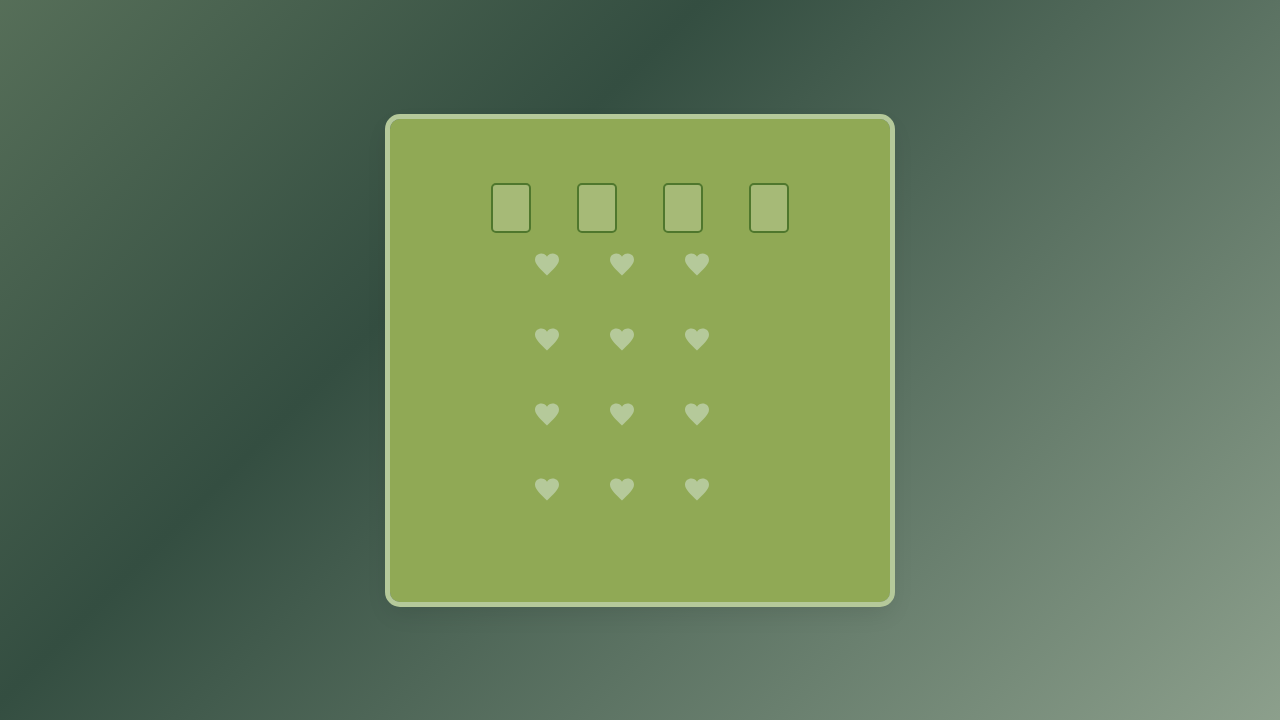
Repository: jahatesu/project-cutie
Page: index.html
An editor plug-in stored every save of this project. The page is shown before and after the next save, followed by the edit.
The browser window is 1280 px wide. The pictures show the whole page.
Some web libraries are served in a nearby version.

Above is the page before, as saved 2025-08-14 21:09:56.
Console error: TypeError: Cannot read properties of null (reading 'getBoundingClientRect')

### index.html
<!DOCTYPE html>
<html lang="en">
<head>
    <meta charset="UTF-8"
    meta http-equiv="X-UA-Compatible" content="IE=edge">
    <meta name="viewport" content="width=device-width, initial-scale=1.0">
    <title>idk yet</title>
    <link rel="stylesheet" href="https://cdnjs.cloudflare.com/ajax/libs/font-awesome/7.0.0/css/all.min.css">
    <link rel="stylesheet" href="style.css">
</head>

<body>
    <div class="wrapper">
        <!-- <i class="fa-solid fa-heart"></i>
        <h2 class="question">Do you wanna see why I think you’re the cutest?</h2>
        <div class="btn-group">
            <button class="btn-yes">Yes</button>
            <button class="btn-no">No</button>
        </div> -->

        <!-- PIN DISPLAY -->
         <div class="pin-display">
            <div class="pin-box"></div>
            <div class="pin-box"></div>
            <div class="pin-box"></div>
            <div class="pin-box"></div>
         </div>

         <!-- HEART BUTTONS -->
         <div class="heart-pad">
            <button data-num = "1">1</button>
          <button data-num = "2">2</button>
          <button data-num = "3">3</button>
          <button data-num = "4">4</button>
          <button data-num = "5">5</button>
          <button data-num = "6">6</button>
          <button data-num = "7">7</button>
          <button data-num = "8">8</button>
          <button data-num = "9">9</button>
          <button data-num = "*">*</button>
          <button data-num = "0">0</button>
          <button data-num = "#">#</button>
         </div>
    </div>

    <script src="script.js"></script>


</body>
</html>

### style.css
:root{
    --bg1:#e9f5db;
    --bg2:#90a955;
    --accent:#b5c99a;
    --ink:#232323;
    --splash-duration: 2600ms;
  }

*{
    margin: 0;
    padding: 0;
    box-sizing: border-box;
}

html, body {
    display: flex;
    justify-content: center;
    align-items: center;
    min-height: 100vh;
  width: 100%;
  height:100%;
}

body {
    background: linear-gradient(-45deg, #e9f5db, #344e41, #b5c99a, #23d5ab);
    background-size: 400% 400%;
    animation: gradient 15s ease infinite;
}

@keyframes gradient {
    0% {
        background-position: 0% 50%;
    }
    50% {
        background-position: 100% 50%;
    }
    100% {
        background-position: 0% 50%;
    }
}
.wrapper{
    position: relative;
    width: 90%;
    padding: 5%;
    max-width: 500px;
    margin: 50px 50px;
    height: fit-content;
    /* max-height: 50%; */
    background: #90a955;
    border-radius: 10px;
    display: flex;
    justify-content: center;
    align-items: center;
    box-shadow: 0 10px 25px rgba(0,0,0,0.1);
    flex-direction: column;
    text-align: center;
    outline: 5px solid #b5c99a;
}

.pin-display{
  display: flex;
  justify-content: space-between;
  margin-bottom: 20px;
  width: 80%;
}

.pin-box{
  width: clamp(30px, 9vw, 40px);
  height: clamp(30px, 9vw, 50px);
  border: 2px solid #4f772d;
  border-radius: 5px;
  background: rgba(255,255,255,0.2);
}

.heart-pad{
  display: grid;
   grid-template-columns: repeat(3, 60px);
  gap: 15px;
}

.heart-pad button {
  position: relative;
  width: 60px;
  height: 60px;
  font-size: 1.2rem;
  color: white;
  border: none;
  cursor: pointer;
  background: #b5c99a;
  clip-path: path("M12 4.248c-3.148-5.402-12-3.825-12 2.944 0 4.661 5.571 9.427 12 15.808 6.43-6.381 12-11.147 12-15.808 0-6.792-8.875-8.306-12-2.944z");

/* .wrapper i {
  font-size: 50px;
  margin-bottom: 10px;
  color: #e9f5db;
}

i{
    font-size:7.5em;
    color: #e9f5db;
    border: 5px solid transparent;
}

h2{
    font-size: 2em;
    color: #e9f5db;
    margin: 15px 0;
}
@media (max-width: 600px) {
  .h2 {
    font-size: 1.2rem;
  }
}

.btn-group{
    width: 100%;
    height: 40px;
    display: flex;
    justify-content: center;
    margin-top: 15px;
}

button {
    position: absolute;
    width: 150px;
    height: inherit;
    font-size: 1.2em;
    color: #e9f5db;
    font-weight: 600;
    border-radius: 30px;
    border: 2px solid #4f772d;
    cursor: pointer;
    box-shadow: 0 5px 15px rgba(0,0,0,0.3);
}

button:nth-child(1){
    margin-left: -200px;
    background: #4f772d;
    color: #b5c99a;
}

button:nth-child(2){
    margin-right: -200px;
    color: #b5c99a;
}

@media (max-width: 400px) {
  .question {
    font-size: 5vw;
  }
  button {
    font-size: 4vw;
  }
} */

### script.js
const wrapper = document.querySelector(".wrapper");
const question = document.querySelector(".question");
const yesBtn = document.querySelector(".btn-yes");
const noBtn = document.querySelector(".btn-no");

const wrapperRect = wrapper.getBoundingClientRect();
const noBtnRect = noBtn.getBoundingClientRect();


yesBtn.addEventListener('click', () => {
    question.innerHTML = 'I knew it! Love you too <3 ';
})

noBtn.addEventListener('mouseover', () => {
    const i = Math.floor(Math.random() * (wrapperRect.width - noBtnRect.width));
    const j = Math.floor(Math.random() * (wrapperRect.height - noBtnRect.height));
    noBtn.style.left = i + "px";
    noBtn.style.top = j + "px";
})

After the next save:
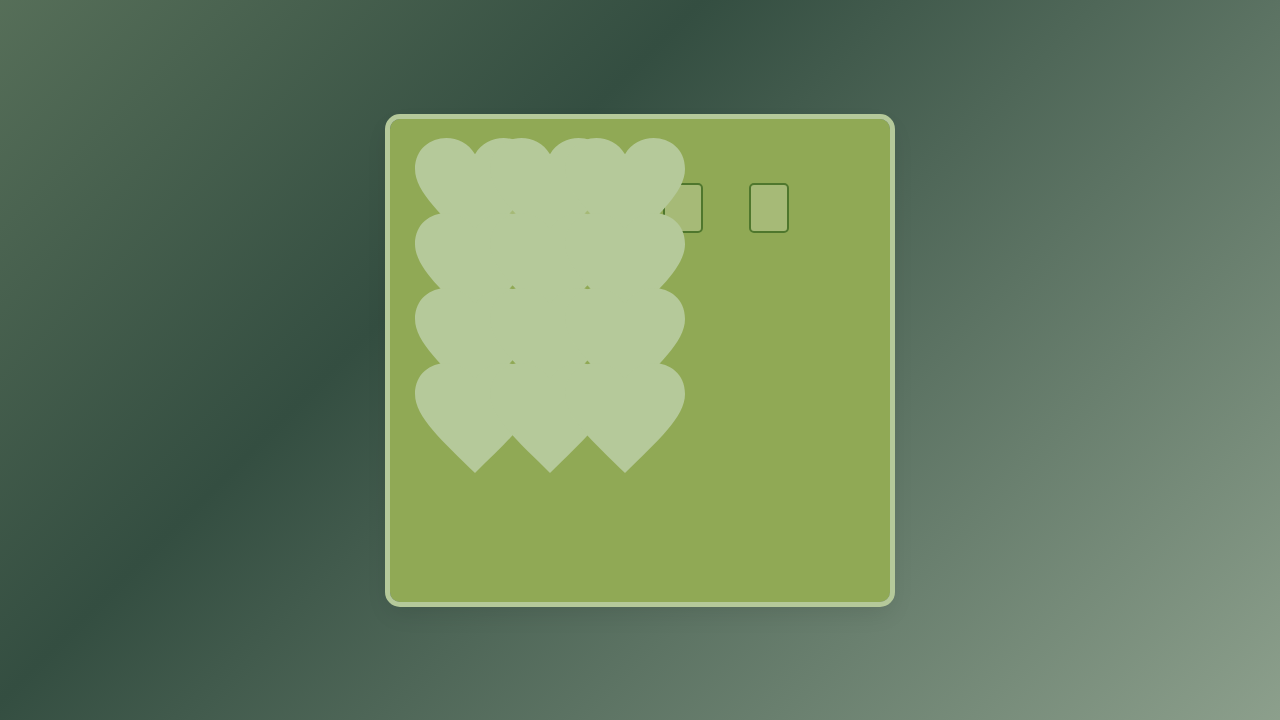
Saved 36 s later.
--- a/style.css
+++ b/style.css
@@ -88,6 +88,7 @@ body {
   cursor: pointer;
   background: #b5c99a;
   clip-path: path("M12 4.248c-3.148-5.402-12-3.825-12 2.944 0 4.661 5.571 9.427 12 15.808 6.43-6.381 12-11.147 12-15.808 0-6.792-8.875-8.306-12-2.944z");
+  transform: scale(5);
 
 /* .wrapper i {
   font-size: 50px;
